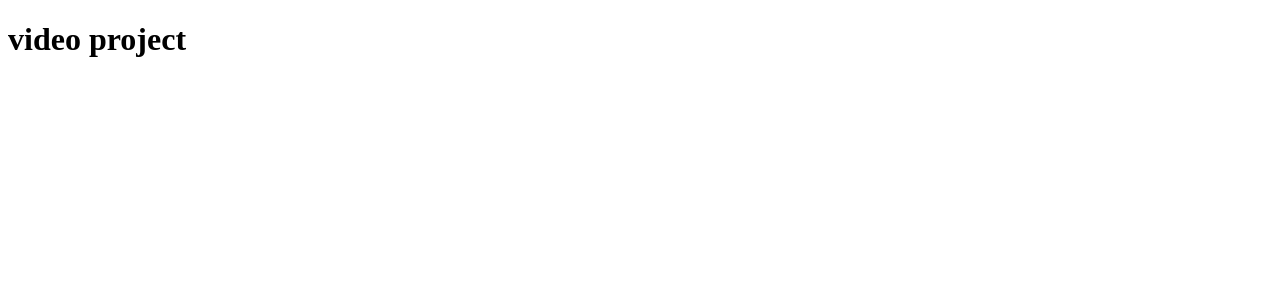
Repository: spidero7/Video
Page: index.html
The author's editor kept a copy of each file at every save. The page is drawn from the files as they stood at one save, then again after the next save.
The browser window is 1280 px wide. The pictures show the whole page.

Above is the page before, as saved 2021-10-06 07:00:25.

### index.html
<!DOCTYPE html>
<html lang="en">
<head>
    <meta charset="UTF-8">
    <meta http-equiv="X-UA-Compatible" content="IE=edge">
    <meta name="viewport" content="width=device-width, initial-scale=1.0">
    <title>Video</title>
    <link rel="stylesheet" href="style.css">
</head>
<body>
    <h1>video project</h1>
    <script src="app.js"></script>
</body>
</html>

Loaded but not shown: style.css (no stored copy; drawn as an empty file); app.js (no stored copy; drawn as an empty file)

After the next save:
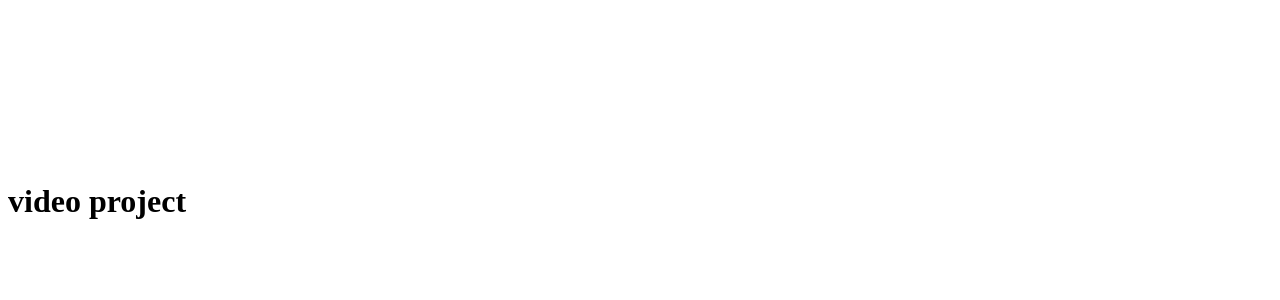
Saved 10 s later.
--- a/index.html
+++ b/index.html
@@ -8,6 +8,7 @@
     <link rel="stylesheet" href="style.css">
 </head>
 <body>
+    <video></video>
     <h1>video project</h1>
     <script src="app.js"></script>
 </body>
